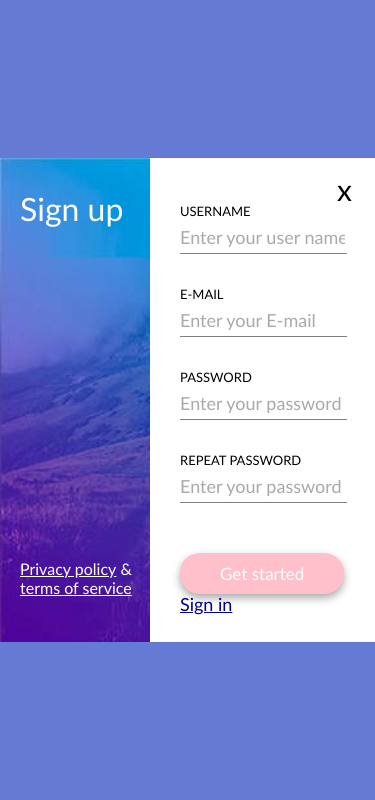
Repository: RugileG/registracijos-forma
Page: index.html
An editor plug-in stored every save of this project. The page is shown before and after the next save, followed by the edit.
The browser window is 375 px wide. The pictures show the whole page.

Above is the page before, as saved 2021-05-19 11:12:39.

### index.html
<!DOCTYPE html>
<html lang="en">
<head>
    <meta charset="UTF-8">
    <meta http-equiv="X-UA-Compatible" content="IE=edge">
    <meta name="viewport" content="width=device-width, initial-scale=1.0">
    <title>Registracija</title>
    <style>

        html {
            height: 100%;
        }

        body {
            max-width: 800px;
            min-height: 100%;
            margin: 0 auto;
            position: relative;
            background-color: #657AD3;
            font: normal normal normal 16px/19px Gill Sans MT;
        }

        .container {
            width: 100%;
            position: absolute;
            top: 50%;
            transform: translateY(-50%);
        }

        .left-column, .right-column {
            float:left;
            height: 484px;
        }

        .left-column {
            width: 40%;
            background-color: transparent;
        }

        .right-column {
            width: 60%;
            background-color: #FFFFFF ;
            position: relative;
        }

        .left-column-container {
            display: block;
            height: 424px;
            background-color: red;
            margin-top: 30px;
            background: transparent url('img/mountain.png') 0% 0% no-repeat padding-box;
            background-size: cover;
            padding-left: 40px;
            position:relative;
        }

        .right-column-container {
            padding-left: 60px;
            padding-top: 46px;
            padding-right: 60px;
            padding-bottom: 46px;
        }

        h1 {
            font: normal normal normal 32px/37px Gill Sans MT;
            color: #FFFFFF;
            margin: 0;
            padding-top: 32px;
        }

        .left-column p, .left-column a {
            display: inline-block;
            font: normal normal normal 16px/19px Gill Sans MT;
            color: #FFFFFF;
            margin: 0;
        }

        .right-column p {
            display: inline-block;
            font: normal normal normal 18px/21px Gill Sans MT;
            color: #000000;
            margin: 0;
            padding-left: 14px ;
        }

        .right-column a {
            display: inline-block;
            font: normal normal normal 18px/21px Gill Sans MT;
            color: #00008B;
            padding-left: 24px ;
            margin: 0;
        }

        .links {
            position: absolute;
            bottom: 25px;
        }

        label {
            display:block;
            font: normal normal normal 13px/15px Gill Sans MT;
            color: #000000;
            padding-bottom:12px;
        }


        .input {
            margin-bottom: 33px;
        }

        input {
            display: block;
            border: none;
            width: 100%;
            padding-left: 0;
            padding-bottom: 6px;
            border-bottom: 1px solid #808080;
        }

        input:focus {
            border: none;
            outline: none;
            border-bottom: 1px solid #808080;
        }

        ::-webkit-input-placeholder {
            font: normal normal normal 18px/21px Gill Sans MT;
            color: #A9A9A9;
        }

        .btn {
            font: normal normal normal 18px/21px Gill Sans MT;
            color: #FFFFFF;
            background-color: #FFC0CB;
            border-radius: 20px;
            padding-left: 40px;
            padding-right:40px;
            padding-top: 10px;
            padding-bottom: 10px;
            border: none;
            box-shadow: 0 4px 8px darkgray;
        }

        .btn:hover {
            cursor:pointer;
            box-shadow: 0 4px 8px grey;
        }

        .close {
            font: normal normal normal 30px/35px Gill Sans MT;
            color: #000000;
            position:absolute;
            top: 14px;
            right: 23px;
        }

        .close:hover {
            color:#00008B;
        }

        @media screen and (max-width: 664px) {
            .left-column-container {
                height: 100%;
                padding-left: 20px;
                margin-top: 0;
            }

            .right-column-container {
                padding-left: 30px;
                padding-right: 30px;
            }

            .right-column-bottom-action {
                margin-top:50px;
            }

            .links {
                bottom: 45px;
            }
            .or {
                display:none !important;
            }
        }

        @media (max-width:500px) and (min-width:368px) {
            .right-column a {
                display: block;
                padding-left: 0;
            }

            .btn {
                font-size: 17px;
            }

            .left-column, .rig
        }


    </style>
</head>
<body>
    <div class='container'>
        <div class='left-column'>
            <div class='left-column-container'>
                <h1>Sign up</h1>

                <div class='links'>
                    <a href='#'>Privacy policy</a>
                    <p>&</p>
                    <a href='#'>terms of service</a>
                </div>
            </div>
        </div>
        <div class='right-column'>
            <div class='right-column-container'>
                <span class='close'>x</span>
                <div class='input'>
                    <label for='username'>USERNAME</label>
                    <input placeholder='Enter your user name' type='text' id='username' name='username' />
                </div>
                <div class='input'>
                    <label for='email'>E-MAIL</label>
                    <input placeholder='Enter your E-mail' type='text' id='email' name='email' />
                </div>
                <div class='input'>
                    <label for='password'>PASSWORD</label>
                    <input placeholder='Enter your password' type='text' id='password' name='password' />
                </div>
                <div class='input'>
                    <label for='repeat_password'>REPEAT PASSWORD</label>
                    <input placeholder='Enter your password' type='text' id='repeat_password' name='repeat_password' />
                </div>

                <div class='right-column-bottom-action'>
                    <button class='btn'>Get started</button>
                    <p class='or'>or</p>
                    <a href='#'>Sign in</a>
                </div>
            </div>
        </div>
    </div>
</body>
</html>

After the next save:
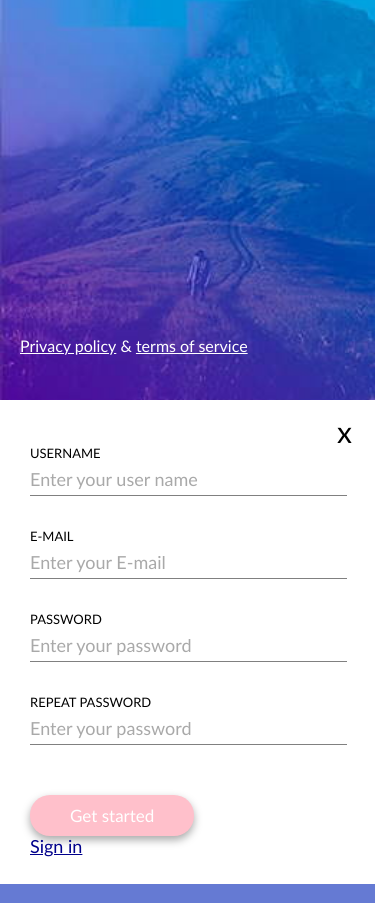
Saved 6 s later.
--- a/index.html
+++ b/index.html
@@ -192,7 +192,9 @@
                 font-size: 17px;
             }
 
-            .left-column, .rig
+            .left-column, .right-column {
+                width:100%
+            }
         }
 
 
